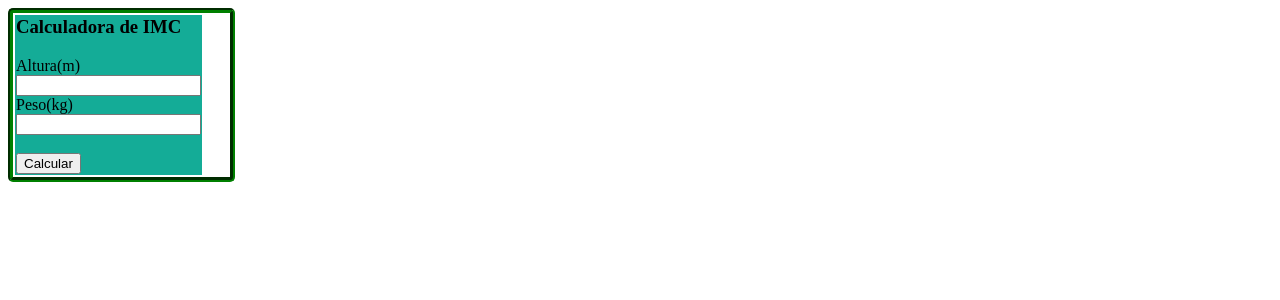
Repository: Patriciamativi/Projetos
Page: index.html
The author's editor kept a copy of each file at every save. The page is drawn from the files as they stood at one save, then again after the next save.
The browser window is 1280 px wide. The pictures show the whole page.

Above is the page before, as saved 2022-11-21 14:56:09.

### index.html
<html>
    <head>
        <title>Calculadora de IMC</title>
        <meta charset="utf-8"/>

        <style type="text/css">

            p {
                border: 5px groove green;
                border-radius: 5px;
                width: 217px;
            }
            td {

                background-color: rgb(20, 172, 151);
            }

        </style>
    </head>
   <p>
<table border="0">
    <body>
         <tr>
            <td> <h3>Calculadora de IMC</h3>

            Altura(m)<br/>
            <input type: "number" > </br>

            Peso(kg)<br/>
            <input type: "number" > </br> </br>

            <input type= "submit" value="Calcular"> </td> </tr>

    </table>
</p>
</body>
</html>

After the next save:
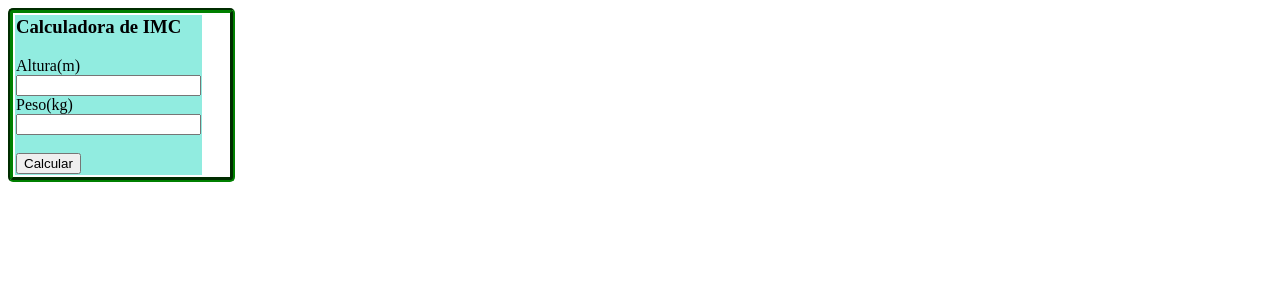
Saved 7 min 59 s later.
--- a/index.html
+++ b/index.html
@@ -12,7 +12,7 @@
             }
             td {
 
-                background-color: rgb(20, 172, 151);
+                background-color: rgb(145, 236, 224);
             }
 
         </style>
